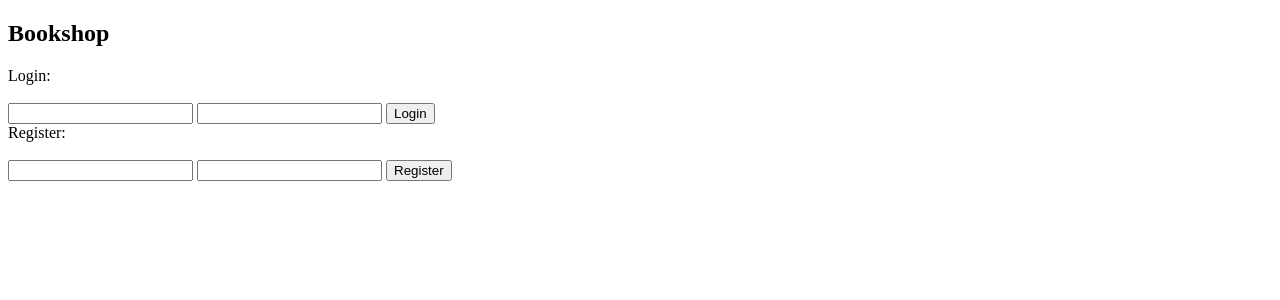
Repository: zlenyk/wrzucak
Page: http://localhost/Shop/index.jsp
These files come from the project's save history. The page is drawn as it stood at one moment and after the next save; the edit follows.
The browser window is 1280 px wide. The pictures show the whole page.
The page is served by Tomcat 9.

Above is the page before, as saved 2013-09-04 14:50:00.

### Shop/WebContent/index.jsp
<%@ page language="java" contentType="text/html; charset=ISO-8859-1"
  pageEncoding="ISO-8859-1"%>
<!DOCTYPE html PUBLIC "-//W3C//DTD HTML 4.01 Transitional//EN" "http://www.w3.org/TR/html4/loose.dtd">
<html>
<head>
  <title>Bookshop</title>
</head>
<body>
  <h2>Bookshop</h2>
  <form method="POST" action="http://localhost:8080/Shop/Login">
    Login:<br /><br />
    <input type="text" name="login" />
    <input type="text" name="password" />
    <input type="hidden" name ="action" value = "login" />
    <input type="submit" value="Login" />
  </form>
  <form method="POST" action="http://localhost:8080/Shop/registration.jsp">
    Register:<br /><br />
    <input type="text" name="login" />
    <input type="text" name="password" />
    <input type="hidden" name ="action" value = "register" />
    <input type="submit" value="Register" />
  </form>
</body>
</html>

After the next save:
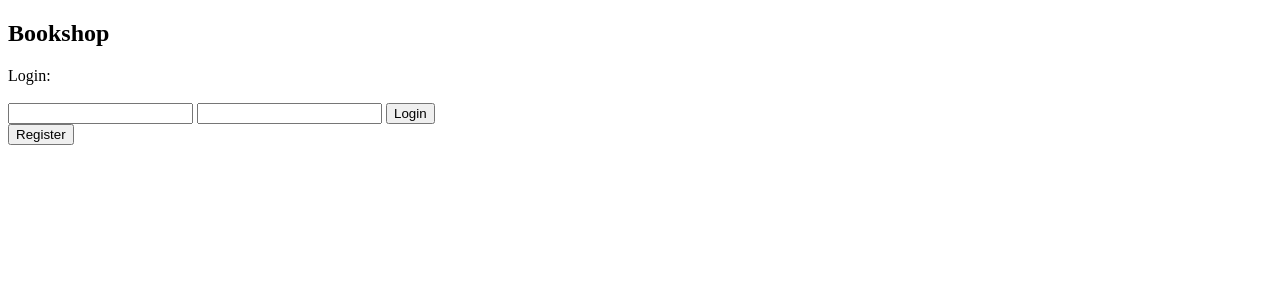
Saved 9 s later.
--- a/Shop/WebContent/index.jsp
+++ b/Shop/WebContent/index.jsp
@@ -15,10 +15,6 @@
     <input type="submit" value="Login" />
   </form>
   <form method="POST" action="http://localhost:8080/Shop/registration.jsp">
-    Register:<br /><br />
-    <input type="text" name="login" />
-    <input type="text" name="password" />
-    <input type="hidden" name ="action" value = "register" />
     <input type="submit" value="Register" />
   </form>
 </body>
